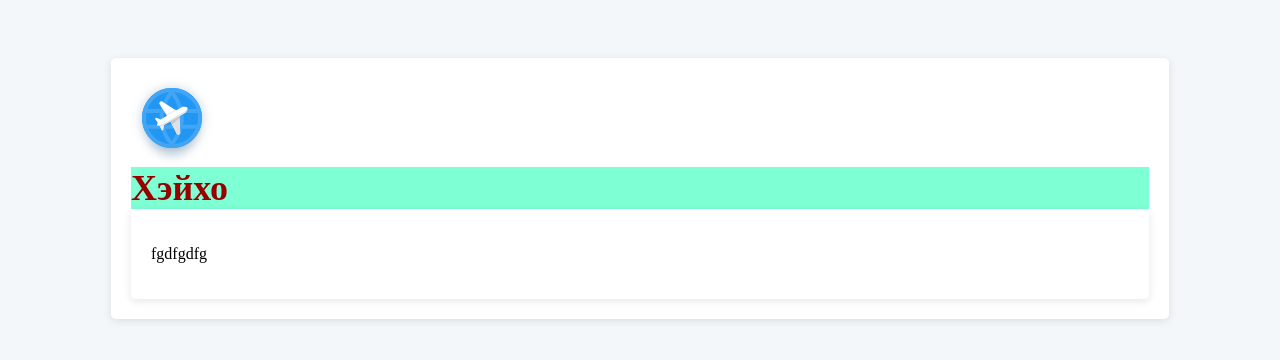
Repository: Dedoxa/aviasalesTickets
Page: /
These files come from the project's save history. The page is drawn as it stood at one moment and after the next save; the edit follows.
The browser window is 1280 px wide. The pictures show the whole page.
The project was rebuilt for these pictures with package versions that can differ from the ones it lists, and the page was loaded fresh each time. Also part of the build but not shown: vite.config.js, src/TransferFilters/TransferFilters.module.scss.

Above is the page before, as saved 2024-10-19 15:33:35.

After the next save:
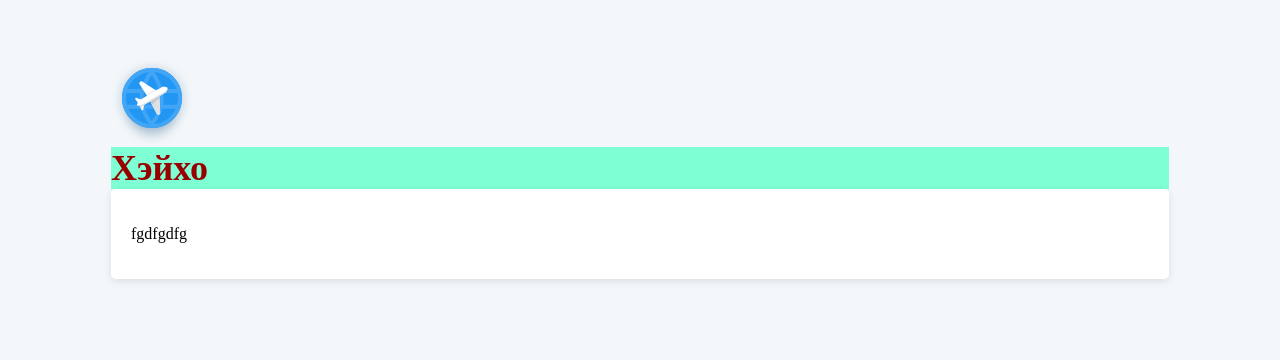
Saved 46 s later.
--- a/src/App.jsx
+++ b/src/App.jsx
@@ -6,13 +6,13 @@ import classes from './App.module.scss';
 
 function App() {
   return (
-    <div className={classes.contentBox}>
+    <>
       <AppIcon />
       <div className={classes.hehmda}>
         <span className={classes['textSpan']}>Хэйхо</span>
       </div>
       <TransferFilters />
-    </div>
+    </>
   );
 }
 
